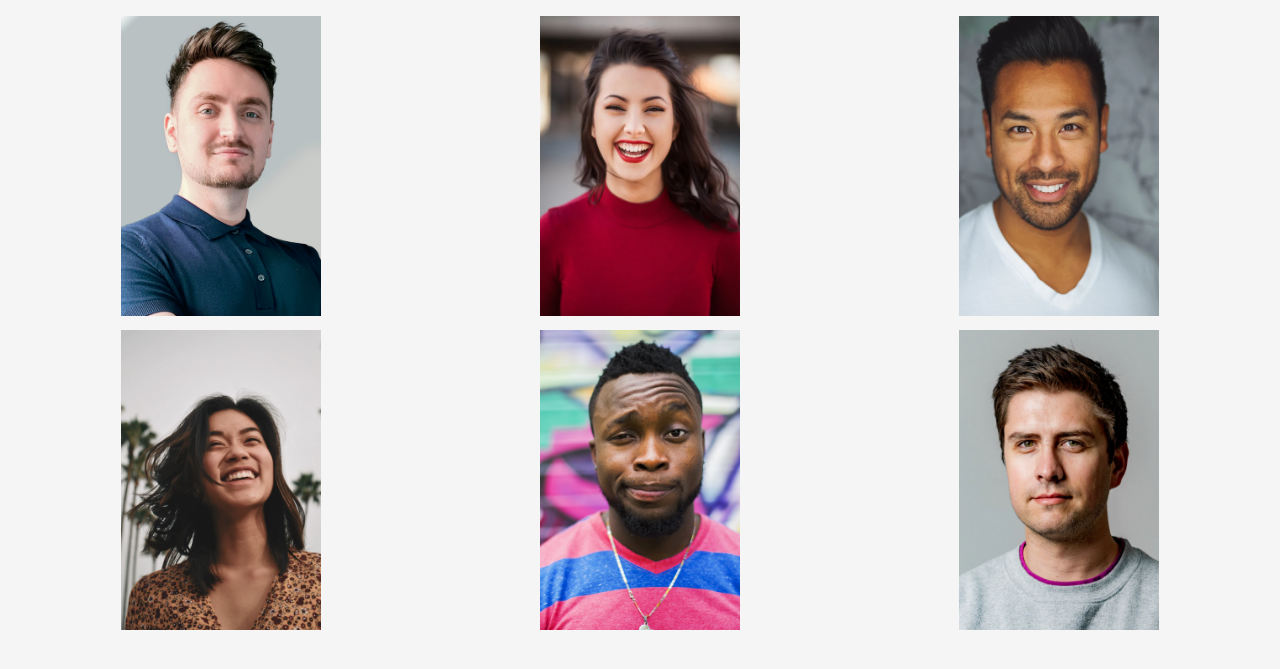
Repository: georgisenze/my-team-page-challeng
Page: index.html
These files come from the project's save history. The page is drawn as it stood at one moment and after the next save; the edit follows.
The browser window is 1280 px wide. The pictures show the whole page.

Above is the page before, as saved 2023-02-22 22:02:36.

After the next save:
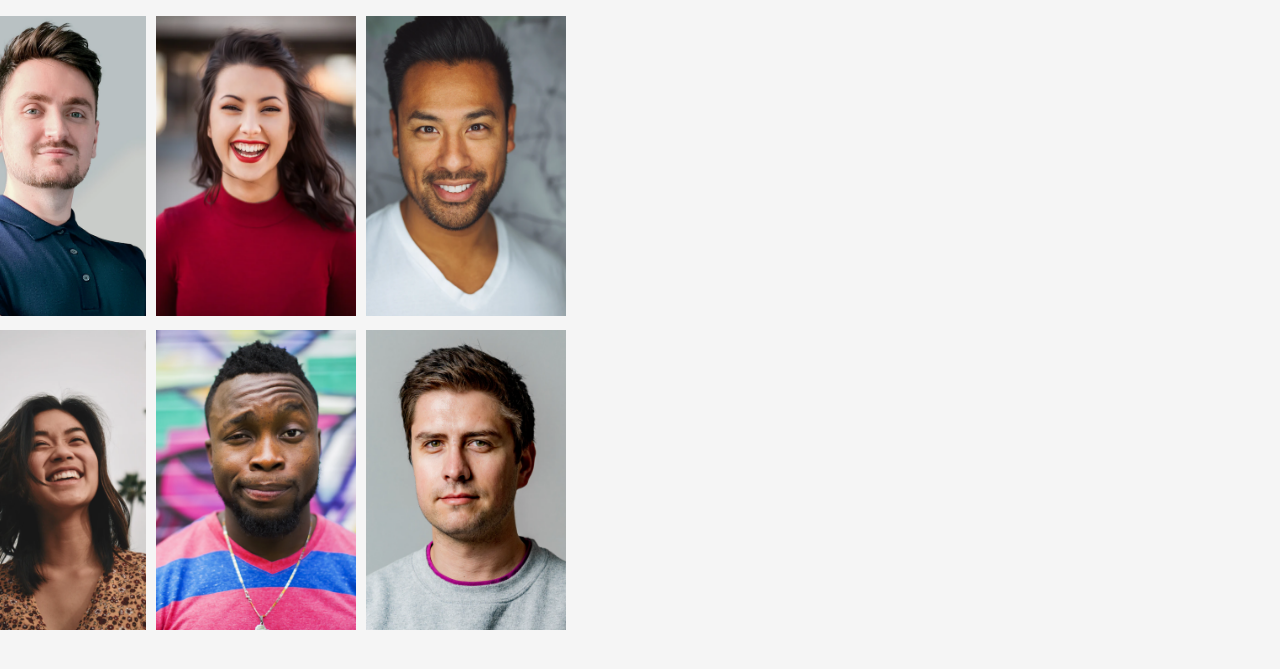
Saved 15 s later.
--- a/assets/css/style.css
+++ b/assets/css/style.css
@@ -16,7 +16,7 @@
     grid-auto-flow: row;
     gap: 10px;
     padding: 1em;
-    /*max-width: 30rem; */
+    max-width: 30rem;
   }
 
   img {

After the 2 saves that followed:
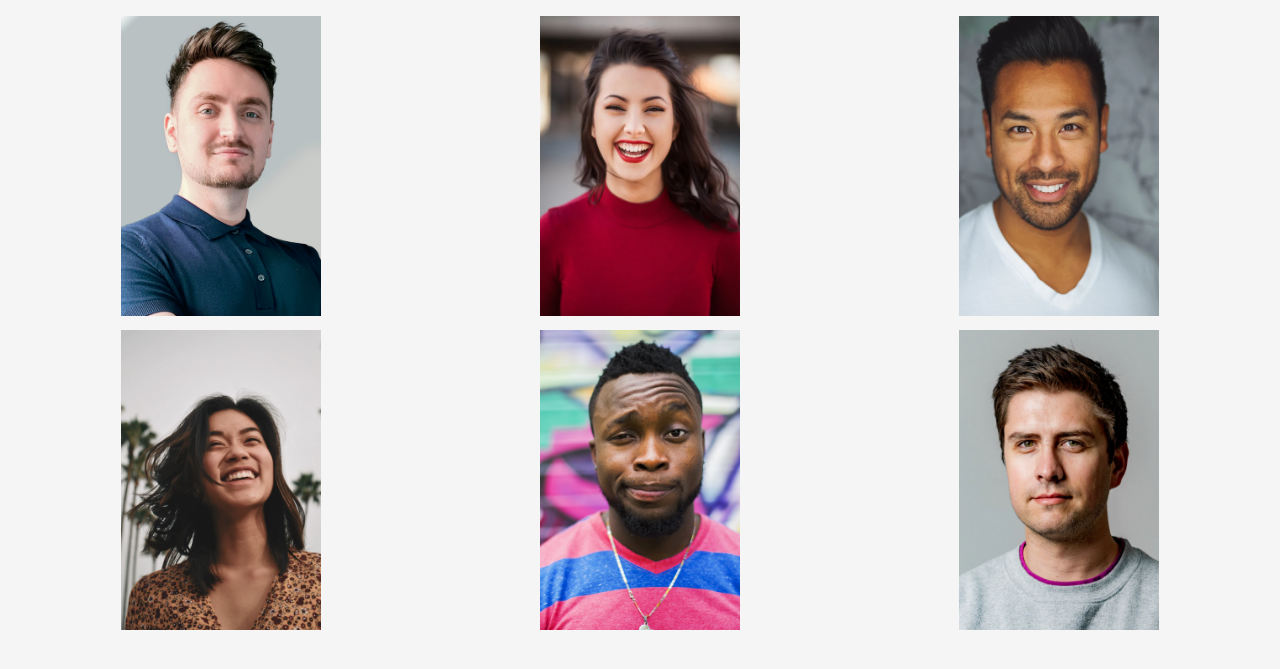
The 2 saves are shown as one change because they came seconds apart.
The last was saved 9 s later.
--- a/assets/css/style.css
+++ b/assets/css/style.css
@@ -16,7 +16,6 @@
     grid-auto-flow: row;
     gap: 10px;
     padding: 1em;
-    max-width: 30rem;
   }
 
   img {
